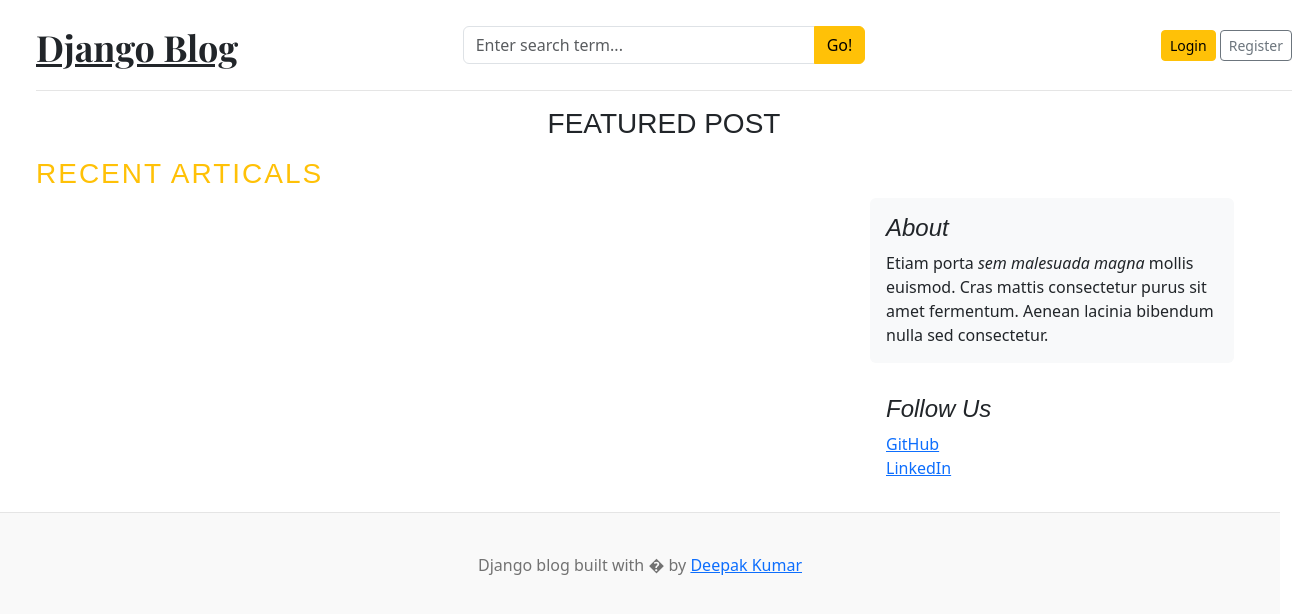
Repository: vijayholve/Blog-Website-Django
Page: templates/home.html
The author's editor kept a copy of each file at every save. The page is drawn from the files as they stood at one save, then again after a run of saves.
The browser window is 1280 px wide. The page is 1304 px wide, so the pictures cover 1304 px, including what lies to the right of the window. The pictures show the whole page.
The template is drawn by Django 5.2. The application's start-up code is not run. Other server files are loaded and not shown. The template is opened directly, without the code that normally fills it, so the values that code supplies are empty.

Above is the page before, as saved 2025-01-29 16:04:55.

### templates/home.html

{% extends 'base/base.html' %}

{% block content %}

{% for post in featured_post %}
 {% if forloop.first %}
<div class="jumbotron p-3 p-md-5 text-white rounded bg-dark" style="background-image: url({{ post.blog_image.url }});background-blend-mode: overlay;background-size:cover;">
    <div class="col-md-8 px-0">
      <h1 class="display-4 font-italic"><a href="{% url 'blogs' post.slug %}">{{ post.title }}</a></h1>
      <p class="lead my-3">{{ post.short_description | truncatewords:20 }}</p>
      <p class="lead mb-0"><a href="#" class="text-white font-weight-bold">Continue reading...</a></p>
    </div>
</div>
  {% endif %}
{% endfor %}


<!-- Featured POST -->
<h3 class="text-uppercase text-dark text-bold text-center" >Featured POST</h3>
  <div class="row mb-2">
    {% for post in featured_post %}
      {% if not forloop.first %}
    <div class="col-md-6">
      <div class="card border-0" >
        <div class="card-body">
          <h3><a href="{% url 'blogs' post.slug %}">{{ post.title }}</a></h3>
          <small class="mb-1 text-muted"><i class="bi bi-alarm"></i> {{ post.created_at | timesince }} ago | {{ post.author }}</small>
          <p class="card-text">{{ post.short_description | truncatewords:20 }}</p>
        </div>
      </div>
    </div>
     {% endif %}
    {% endfor %}
  </div>


  <!-- Recent artical -->
  <h3 class="text-uppercase text-warning" style="letter-spacing: 2px;">Recent Articals</h3>
  <main role="main" class="container p-0">
    <div class="row">
      <div class="col-md-8 blog-main">
        {% for post in posts %}
        <div class="card border-0" >
          <div class="card-body">
            <h3><a href="{% url 'blogs' post.slug %}">{{ post.title }}</a></h3>
            <small class="mb-1 text-muted">{{ post.created_at | timesince }} ago | {{ post.author }}</small>
            <p class="card-text">{{ post.short_description | truncatewords:20 }}</p>
          </div>
        </div>
        {% endfor %}
      </div>
      <!-- /.blog-main -->

      <aside class="col-md-4 blog-sidebar">
        <div class="p-3 mb-3 bg-light rounded">
          <h4 class="font-italic">About</h4>
          <p class="mb-0">Etiam porta <em>sem malesuada magna</em> mollis euismod. Cras mattis consectetur purus sit amet fermentum. Aenean lacinia bibendum nulla sed consectetur.</p>
        </div>

        <div class="p-3">
          <h4 class="font-italic">Follow Us</h4>
          <ol class="list-unstyled">
            <li><a href="#">GitHub</a></li>
            <li><a href="#">LinkedIn</a></li>
          </ol>
        </div>
      </aside><!-- /.blog-sidebar -->

    </div><!-- /.row -->

  </main><!-- /.container -->

</div>
{% endblock %}

### templates/base/base.html
<!-- Header part -->
{% include './header.html' %}

<!-- Main content part -->
{% block content %}
<div class="container-fluid">

</div>
{% endblock %}

<!-- Footer -->
{% include './footer.html' %}

### templates/base/header.html
{% load static %}
<!DOCTYPE html>
<html lang="en">
<head>
    <meta charset="UTF-8">
    <meta http-equiv="X-UA-Compatible" content="IE=edge">
    <meta name="viewport" content="width=device-width, initial-scale=1.0">
    <title>SM Joshi Blogs</title>
    <link href="https://getbootstrap.com/docs/4.0/dist/css/bootstrap.min.css" rel="stylesheet">
    <link href="https://fonts.googleapis.com/css?family=Playfair+Display:700,900" rel="stylesheet">
    <link href="{% static 'css/blog.css' %}" rel="stylesheet">
    <link href="{% static 'css/Navbar.css' %}" rel="stylesheet">
    <link rel="stylesheet" href="https://cdn.jsdelivr.net/npm/bootstrap@4.4.1/dist/css/bootstrap.min.css" integrity="sha384-Vkoo8x4CGsO3+Hhxv8T/Q5PaXtkKtu6ug5TOeNV6gBiFeWPGFN9MuhOf23Q9Ifjh" crossorigin="anonymous">
    <link href="https://cdn.jsdelivr.net/npm/bootstrap@5.3.3/dist/css/bootstrap.min.css" rel="stylesheet" integrity="sha384-QWTKZyjpPEjISv5WaRU9OFeRpok6YctnYmDr5pNlyT2bRjXh0JMhjY6hW+ALEwIH" crossorigin="anonymous">

    <link rel="stylesheet" href="https://cdnjs.cloudflare.com/ajax/libs/font-awesome/4.7.0/css/font-awesome.min.css">

  </head>
<body>
    <div class="container-fluid ml-4">
      <header class="blog-header py-3">
        <div class="row flex-nowrap justify-content-between align-items-center">
          <div class="col-4 pt-1">
            <a class="blog-header-logo text-dark" href="/">Django Blog</a>
          </div>
          <div class="col-4">
            <form action="{% url 'search' %}" method="GET">
              <div class="input-group">
                <input class="form-control" name="keyword" type="text" placeholder="Enter search term..." aria-label="Enter search term..." aria-describedby="button-search" />
                <button type="submit" class="btn btn-warning" id="button-search" type="button">Go!</button>
            </div>
            </form>
          </div>

          <div class="col-4 d-flex justify-content-end align-items-center">
            {% if not user.is_authenticated %}
            <a class="btn btn-sm btn-warning" href="{% url 'login' %}">Login</a> &nbsp;
            <a class="btn btn-sm btn-outline-secondary" href="{% url 'register' %}">Register</a>
            {% else %}
            <span><a href="{% url 'dashboard' %}" class="btn btn-warning">Dashboard</a></span> &nbsp;
            <span><a href="{% url 'logout' %}">Logout</a></span>
            {% endif %}
          </div>
        </div>
      </header>

      <div class="nav-scroller py-1 mb-2">
        <nav class="nav d-flex justify-content-between">
          {% for cat in categories %}
          <a class="p-2 text-muted" href="{% url 'posts_by_category' cat.id  %}">{{ cat.category_name }}</a>
          {% endfor %}
        </nav>
      </div>

### templates/base/footer.html
<footer class="blog-footer">
    <p>Django blog built with � by <a href="#">Deepak Kumar</a></p>
  </footer>
  </body>
  </html>

### static/css/blog.css
/* stylelint-disable selector-list-comma-newline-after */

.blog-header {
  border-bottom: 1px solid #e5e5e5;
}

.blog-header-logo {
  font-family: "Playfair Display", Georgia, "Times New Roman", serif/*rtl:Amiri, Georgia, "Times New Roman", serif*/;
  font-size: 2.25rem;
}

.blog-header-logo:hover {
  text-decoration: none;
}

h1, h2, h3, h4, h5, h6 {
  font-family: "Playfair Display", Georgia, "Times New Roman", serif/*rtl:Amiri, Georgia, "Times New Roman", serif*/;
}

.display-4 {
  font-size: 2.5rem;
}
@media (min-width: 768px) {
  .display-4 {
    font-size: 3rem;
  }
}

.flex-auto {
  flex: 0 0 auto;
}

.h-250 { height: 250px; }
@media (min-width: 768px) {
  .h-md-250 { height: 250px; }
}

/* Pagination */
.blog-pagination {
  margin-bottom: 4rem;
}

/*
 * Blog posts
 */
.blog-post {
  margin-bottom: 4rem;
}
.blog-post-title {
  font-size: 2.5rem;
}
.blog-post-meta {
  margin-bottom: 1.25rem;
  color: #727272;
}

/*
 * Footer
 */
.blog-footer {
  padding: 2.5rem 0;
  color: #727272;
  text-align: center;
  background-color: #f9f9f9;
  border-top: .05rem solid #e5e5e5;
}
.blog-footer p:last-child {
  margin-bottom: 0;
}

### static/css/Navbar.css
:root {
    --font-family-sans-serif: "Open Sans", -apple-system, BlinkMacSystemFont,
    "Segoe UI", Roboto, "Helvetica Neue", Arial, sans-serif, "Apple Color Emoji",
    "Segoe UI Emoji", "Segoe UI Symbol", "Noto Color Emoji";
}

*, *::before, *::after {
    -webkit-box-sizing: border-box;
    box-sizing: border-box;
}

html {
    font-family: sans-serif;
    line-height: 1.15;
    -webkit-text-size-adjust: 100%;
    -webkit-tap-highlight-color: rgba(0, 0, 0, 0);
}

nav {
    display: block;
}

body {
    margin: 0;
    font-family: "Open Sans", -apple-system, BlinkMacSystemFont, "Segoe UI",
    Roboto, "Helvetica Neue", Arial, sans-serif, "Apple Color Emoji",
    "Segoe UI Emoji", "Segoe UI Symbol", "Noto Color Emoji";
    font-size: 1rem;
    font-weight: 400;
    line-height: 1.5;
    color: #515151;
    text-align: left;
    background-color: #e9edf4;
}

h1, h2, h3, h4, h5, h6 {
    margin-top: 0;
    margin-bottom: 0.5rem;
}

p {
    margin-top: 0;
    margin-bottom: 1rem;
}

a {
    color: #3f84fc;
    text-decoration: none;
    background-color: transparent;
}

a:hover {
    color: #0458eb;
    text-decoration: underline;
}

h1, h2, h3, h4, h5, h6, .h1, .h2, .h3, .h4, .h5, .h6 {
    font-family: "Nunito", sans-serif;
    margin-bottom: 0.5rem;
    font-weight: 500;
    line-height: 1.2;
}

h1, .h1 {
    font-size: 2.5rem;
    font-weight: normal;
}

.card {
    position: relative;
    display: -webkit-box;
    display: -webkit-flex;
    display: -ms-flexbox;
    display: flex;
    -webkit-box-orient: vertical;
    -webkit-box-direction: normal;
    -webkit-flex-direction: column;
    -ms-flex-direction: column;
    flex-direction: column;
    min-width: 0;
    word-wrap: break-word;
    background-color: #fff;
    background-clip: border-box;
    border: 1px solid rgba(0, 0, 0, 0.125);
    border-radius: 0;
}

.card-body {
    -webkit-box-flex: 1;
    -webkit-flex: 1 1 auto;
    -ms-flex: 1 1 auto;
    flex: 1 1 auto;
    padding: 1.25rem;
}

.card-header {
    padding: 0.75rem 1.25rem;
    margin-bottom: 0;
    background-color: rgba(0, 0, 0, 0.03);
    border-bottom: 1px solid rgba(0, 0, 0, 0.125);
    text-align: center;
}

.dashboard {
    display: -webkit-box;
    display: -webkit-flex;
    display: -ms-flexbox;
    display: flex;
    min-height: 100vh;
}

.dashboard-app {
    display: -webkit-box;
    display: -webkit-flex;
    display: -ms-flexbox;
    display: flex;
    -webkit-box-orient: vertical;
    -webkit-box-direction: normal;
    -webkit-flex-direction: column;
    -ms-flex-direction: column;
    flex-direction: column;
    -webkit-box-flex: 2;
    -webkit-flex-grow: 2;
    -ms-flex-positive: 2;
    flex-grow: 2;
    margin-top: 84px;
}

.dashboard-content {
    -webkit-box-flex: 2;
    -webkit-flex-grow: 2;
    -ms-flex-positive: 2;
    flex-grow: 2;
    padding: 25px;
}

.dashboard-nav {
    min-width: 238px;
    position: fixed;
    left: 0;
    top: 0;
    bottom: 0;
    overflow: auto;
    background-color: #373193;
}

.dashboard-compact .dashboard-nav {
    display: none;
}

.dashboard-nav header {
    min-height: 84px;
    padding: 8px 27px;
    display: -webkit-box;
    display: -webkit-flex;
    display: -ms-flexbox;
    display: flex;
    -webkit-box-pack: center;
    -webkit-justify-content: center;
    -ms-flex-pack: center;
    justify-content: center;
    -webkit-box-align: center;
    -webkit-align-items: center;
    -ms-flex-align: center;
    align-items: center;
}

.dashboard-nav header .menu-toggle {
    display: none;
    margin-right: auto;
}

.dashboard-nav a {
    color: #515151;
}

.dashboard-nav a:hover {
    text-decoration: none;
}

.dashboard-nav {
    background-color: #443ea2;
}

.dashboard-nav a {
    color: #fff;
}

.brand-logo {
    font-family: "Nunito", sans-serif;
    font-weight: bold;
    font-size: 20px;
    display: -webkit-box;
    display: -webkit-flex;
    display: -ms-flexbox;
    display: flex;
    color: #515151;
    -webkit-box-align: center;
    -webkit-align-items: center;
    -ms-flex-align: center;
    align-items: center;
}

.brand-logo:focus, .brand-logo:active, .brand-logo:hover {
    color: #dbdbdb;
    text-decoration: none;
}

.brand-logo i {
    color: #d2d1d1;
    font-size: 27px;
    margin-right: 10px;
}

.dashboard-nav-list {
    display: -webkit-box;
    display: -webkit-flex;
    display: -ms-flexbox;
    display: flex;
    -webkit-box-orient: vertical;
    -webkit-box-direction: normal;
    -webkit-flex-direction: column;
    -ms-flex-direction: column;
    flex-direction: column;
}

.dashboard-nav-item {
    min-height: 56px;
    padding: 8px 20px 8px 70px;
    display: -webkit-box;
    display: -webkit-flex;
    display: -ms-flexbox;
    display: flex;
    -webkit-box-align: center;
    -webkit-align-items: center;
    -ms-flex-align: center;
    align-items: center;
    letter-spacing: 0.02em;
    transition: ease-out 0.5s;
}

.dashboard-nav-item i {
    width: 36px;
    font-size: 19px;
    margin-left: -40px;
}

.dashboard-nav-item:hover {
    background: rgba(255, 255, 255, 0.04);
}

.active {
    background: rgba(0, 0, 0, 0.1);
}

.dashboard-nav-dropdown {
    display: -webkit-box;
    display: -webkit-flex;
    display: -ms-flexbox;
    display: flex;
    -webkit-box-orient: vertical;
    -webkit-box-direction: normal;
    -webkit-flex-direction: column;
    -ms-flex-direction: column;
    flex-direction: column;
}

.dashboard-nav-dropdown.show {
    background: rgba(255, 255, 255, 0.04);
}

.dashboard-nav-dropdown.show > .dashboard-nav-dropdown-toggle {
    font-weight: bold;
}

.dashboard-nav-dropdown.show > .dashboard-nav-dropdown-toggle:after {
    -webkit-transform: none;
    -o-transform: none;
    transform: none;
}

.dashboard-nav-dropdown.show > .dashboard-nav-dropdown-menu {
    display: -webkit-box;
    display: -webkit-flex;
    display: -ms-flexbox;
    display: flex;
}

.dashboard-nav-dropdown-toggle:after {
    content: "";
    margin-left: auto;
    display: inline-block;
    width: 0;
    height: 0;
    border-left: 5px solid transparent;
    border-right: 5px solid transparent;
    border-top: 5px solid rgba(81, 81, 81, 0.8);
    -webkit-transform: rotate(90deg);
    -o-transform: rotate(90deg);
    transform: rotate(90deg);
}

.dashboard-nav .dashboard-nav-dropdown-toggle:after {
    border-top-color: rgba(255, 255, 255, 0.72);
}

.dashboard-nav-dropdown-menu {
    display: none;
    -webkit-box-orient: vertical;
    -webkit-box-direction: normal;
    -webkit-flex-direction: column;
    -ms-flex-direction: column;
    flex-direction: column;
}

.dashboard-nav-dropdown-item {
    min-height: 40px;
    padding: 8px 20px 8px 70px;
    display: -webkit-box;
    display: -webkit-flex;
    display: -ms-flexbox;
    display: flex;
    -webkit-box-align: center;
    -webkit-align-items: center;
    -ms-flex-align: center;
    align-items: center;
    transition: ease-out 0.5s;
}

.dashboard-nav-dropdown-item:hover {
    background: rgba(255, 255, 255, 0.04);
}

.menu-toggle {
    position: relative;
    width: 42px;
    height: 42px;
    display: -webkit-box;
    display: -webkit-flex;
    display: -ms-flexbox;
    display: flex;
    -webkit-box-align: center;
    -webkit-align-items: center;
    -ms-flex-align: center;
    align-items: center;
    -webkit-box-pack: center;
    -webkit-justify-content: center;
    -ms-flex-pack: center;
    justify-content: center;
    color: #443ea2;
}

.menu-toggle:hover, .menu-toggle:active, .menu-toggle:focus {
    text-decoration: none;
    color: #875de5;
}

.menu-toggle i {
    font-size: 20px;
}

.dashboard-toolbar {
    min-height: 84px;
    background-color: #dfdfdf;
    display: -webkit-box;
    display: -webkit-flex;
    display: -ms-flexbox;
    display: flex;
    -webkit-box-align: center;
    -webkit-align-items: center;
    -ms-flex-align: center;
    align-items: center;
    padding: 8px 27px;
    position: fixed;
    top: 0;
    right: 0;
    left: 0;
    z-index: 1000;
}

.nav-item-divider {
    height: 1px;
    margin: 1rem 0;
    overflow: hidden;
    background-color: rgba(236, 238, 239, 0.3);
}

@media (min-width: 992px) {
    .dashboard-app {
        margin-left: 238px;
    }

    .dashboard-compact .dashboard-app {
        margin-left: 0;
    }
}


@media (max-width: 768px) {
    .dashboard-content {
        padding: 15px 0px;
    }
}

@media (max-width: 992px) {
    .dashboard-nav {
        display: none;
        position: fixed;
        top: 0;
        right: 0;
        left: 0;
        bottom: 0;
        z-index: 1070;
    }

    .dashboard-nav.mobile-show {
        display: block;
    }
}

@media (max-width: 992px) {
    .dashboard-nav header .menu-toggle {
        display: -webkit-box;
        display: -webkit-flex;
        display: -ms-flexbox;
        display: flex;
    }
}

@media (min-width: 992px) {
    .dashboard-toolbar {
        left: 238px;
    }

    .dashboard-compact .dashboard-toolbar {
        left: 0;
    }
}

After the next 2 saves:
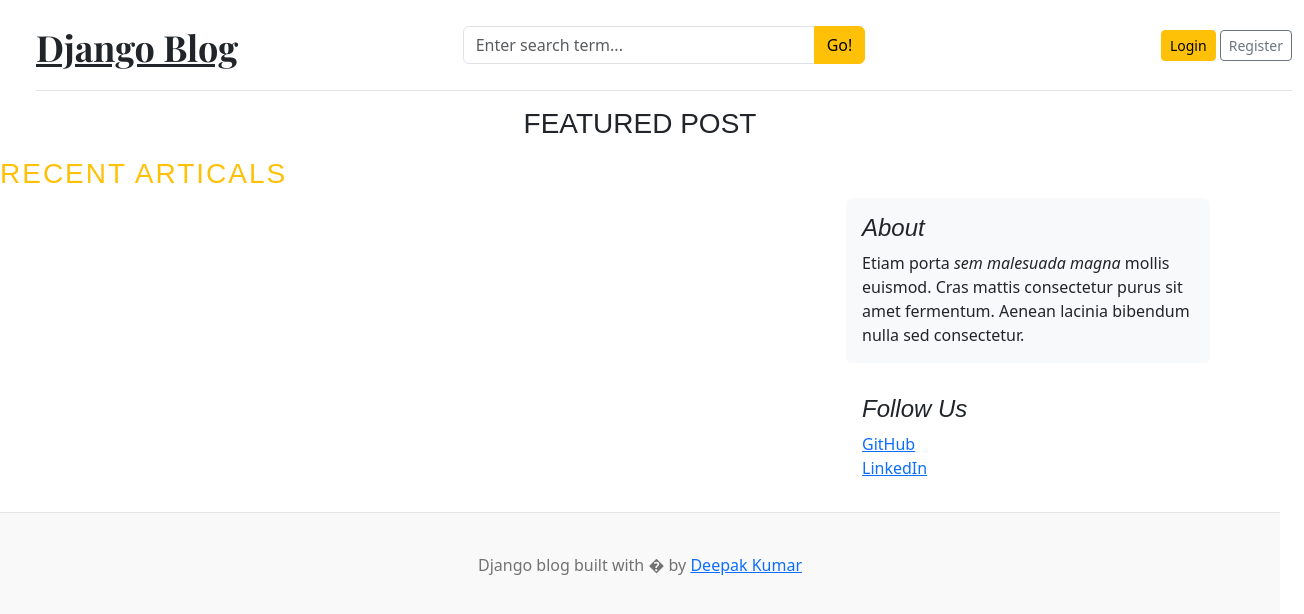
The 2 saves are shown as one change because they came seconds apart.
The last was saved 6 s later.
--- a/templates/base/header.html
+++ b/templates/base/header.html
@@ -51,3 +51,6 @@
           {% endfor %}
         </nav>
       </div>
+    </div>
+</body>
+</html>
